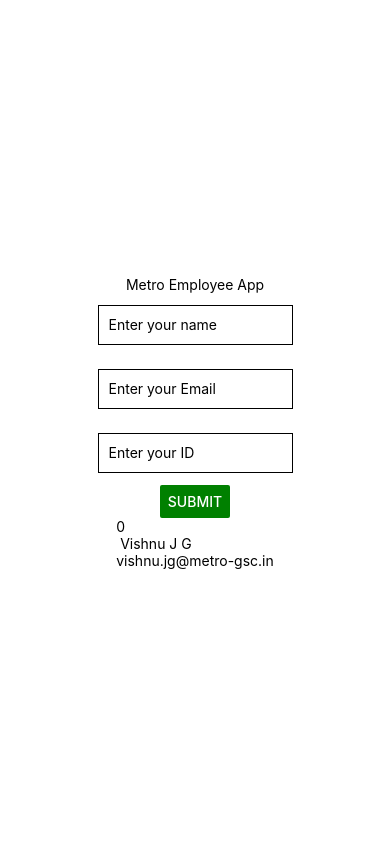
Repository: VishnuJG/Metro-Employee-App
Screen: /
An editor plug-in stored every save of this project. The screen is shown before and after a run of saves, followed by the edit.
The app was drawn by React Native's web renderer in a window 390 px wide. The project was rebuilt for these pictures with package versions that can differ from the ones it lists, and the page was loaded fresh each time. Some packages were replaced by stand-ins written for this rebuild.

Above is the screen before, as saved 2022-06-28 13:53:20.

After the next 4 saves:
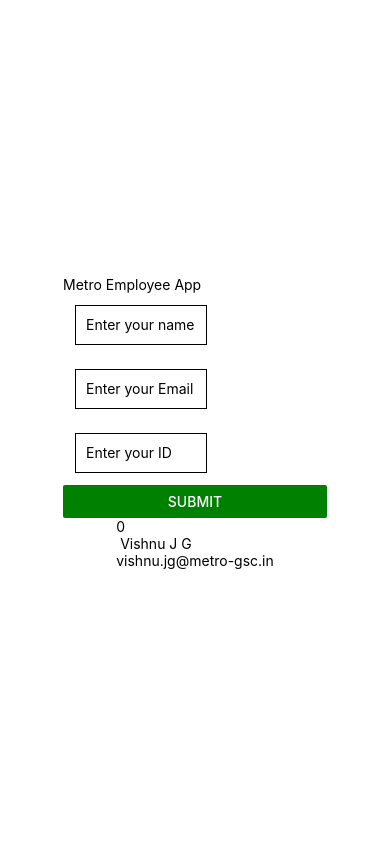
The 4 saves are shown as one change because they came seconds apart.
The last was saved 74 s later.
--- a/App.js
+++ b/App.js
@@ -37,7 +37,7 @@ export default function App() {
   }
   return (
     <View style={styles.container} >
-        <View></View>
+        <View>
         <Text>Metro Employee App</Text>
 
         <TextInput
@@ -64,7 +64,7 @@ export default function App() {
         <Button title="Submit"
           color="green"
           onPress={onSubmit}
-          />
+          /></View>
         <View >
         {emp.map((newid)=>(<Task key={newid.id} ename={newid.name} eid={newid.id} eemail={newid.email}/>))}
         </View>
